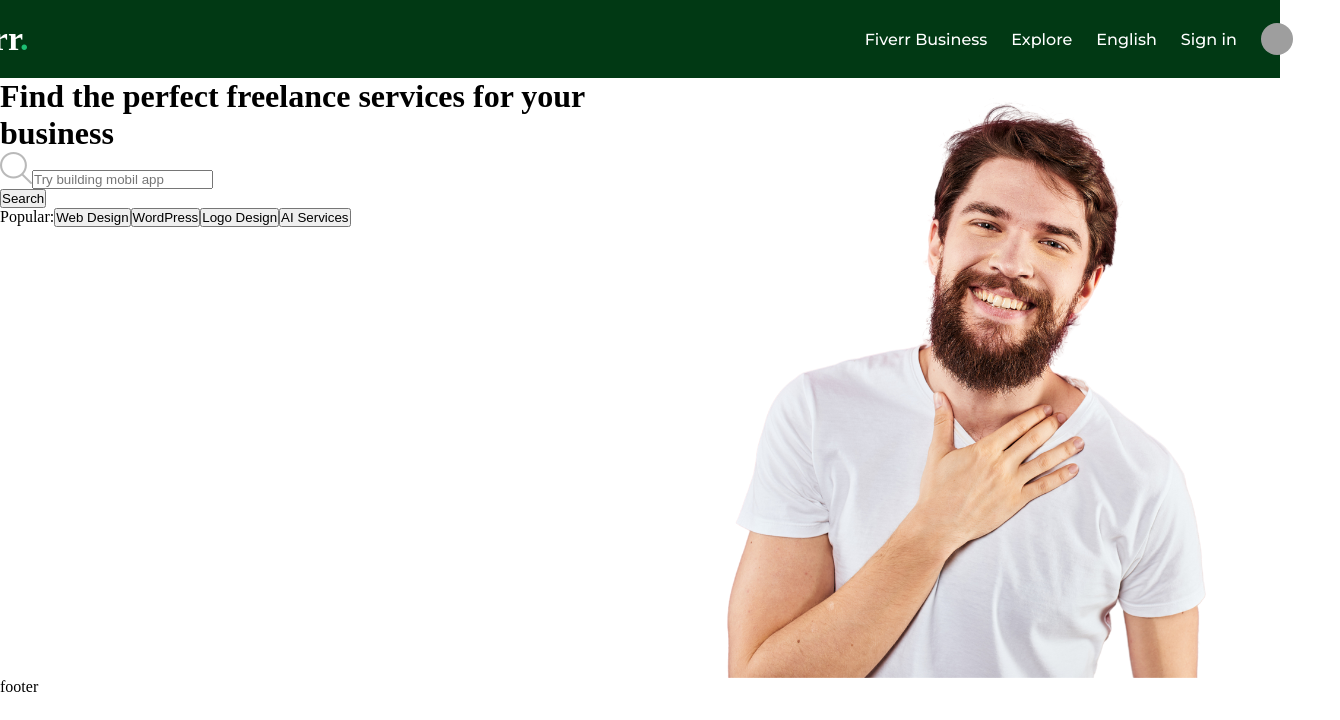
Repository: MoNasr2022/fiverr_clone_app
Page: /
These files come from the project's save history. The page is drawn as it stood at one moment and after a run of saves; the edit follows.
The browser window is 1280 px wide. The page is 1340 px wide, so the pictures cover 1340 px, including what lies to the right of the window. The pictures show the whole page.
Pictures or frames that could not be fetched are drawn as grey boxes. The project was rebuilt for these pictures with package versions that can differ from the ones it lists, and the page was loaded fresh each time. Also part of the build but not shown: vite.config.js, src/pages/gigs/Gigs.jsx, src/pages/gig/Gig.jsx, src/pages/orders/Orders.jsx, src/pages/myGigs/MyGigs.jsx, src/pages/add/Add.jsx, src/pages/messages/Messages.jsx, src/pages/message/Message.jsx.

Above is the page before, as saved 2023-03-06 23:11:16.

### index.html
<!DOCTYPE html>
<html lang="en">
  <head>
    <meta charset="UTF-8" />
    <link rel="icon" type="image/svg+xml" href="/vite.svg" />
    <meta name="viewport" content="width=device-width, initial-scale=1.0" />
    <link rel="preconnect" href="https://fonts.googleapis.com">
    <link rel="preconnect" href="https://fonts.gstatic.com" crossorigin>
    <link
      href="https://fonts.googleapis.com/css2?family=Roboto:ital,wght@0,100;0,300;0,400;0,500;0,700;0,900;1,100;1,300;1,400;1,500;1,700;1,900&display=swap"
      rel="stylesheet">

    <link
      href="https://fonts.googleapis.com/css2?family=Montserrat:ital,wght@0,100;0,200;0,300;0,400;0,500;0,600;0,700;0,800;1,100;1,200;1,300;1,400;1,500;1,600;1,700;1,800;1,900&display=swap"
      rel="stylesheet">
      <style>
        * {
          margin: 0;
          padding: 0;
          box-sizing: border-box;

        }

      </style>
    <title>Vite + React</title>
  </head>
  <body>
    <div id="root"></div>
    <script type="module" src="/src/main.jsx"></script>
  </body>
</html>

### src/App.jsx
import React from "react";
import Navbar from "./components/navbar/NavBar";
import Footer from "./components/footer/Footer";
import Home from "./pages/home/Home";
import Gigs from "./pages/gigs/Gigs";
import Gig from "./pages/gig/Gig";
import Orders from "./pages/orders/Orders";
import MyGigs from "./pages/mygigs/MyGigs";
import Add from "./pages/add/Add";
import Messages from "./pages/messages/Messages";
import Message from "./pages/message/Message";
import { createBrowserRouter, RouterProvider, Outlet } from "react-router-dom";
import "./app.scss"



function App() {

  const Layout = () => {
    return (
      <>
        <Navbar />
        <Outlet />
        <Footer/>
      </>
    );
}

  const router = createBrowserRouter([
    {
      path: "/",
      element: <Layout />,
      children: [
        {
          path: "/",
          element: <Home/>,

        },
        {
          path: "/gigs",
          element: <Gigs/>,
        },
        {
          path: "/gig/:id",
          element: <Gig/>,
        },
        {
          path: "/orders",
          element: <Orders/>,
        },
        {
          path: "/mygigs",
          element: <MyGigs/>,
        },
        {
          path: "/add",
          element: <Add/>,
        },
        {
          path: "/messages",
          element: <Messages/>,
        },
        {
          path: "/message/:id",
          element: <Message/>,
        },

      ]
  },
]);

  return (
    <div className="App">
      <RouterProvider router={router} />
    </div>
  );
}

export default App;

### src/components/navbar/NavBar.jsx
import React, { useEffect, useState } from "react";
import { Link, useLocation } from "react-router-dom";
import "./Navbar.scss";

const Navbar = () => {
  const [active, setActive] = useState(false);
  const [option, setOption] = useState(false);

  const {pathname} = useLocation()

  const isActive = () => {
    window.scrollY > 0 ? setActive(true) : setActive(false);
  };
  useEffect(() => {
    window.addEventListener("scroll", isActive);
    return () => {
      window.removeEventListener("scroll", isActive);
    };
  }, []);

  const currentUser = {
    id: 1,
    username: "Nasr",
    isSeller: true,
  };

  return (
    <div className={active || pathname !== "/" ? "navbar active" : "navbar"}>
      <div className="container">
        <div className="logo">
          <Link to="/" className="link">
            <span className="text">fiverr</span>
          </Link>
          <span className="dot">.</span>
        </div>
        <div className="links">
          <span>Fiverr Business</span>
          <span>Explore</span>
          <span>English</span>
          <span>Sign in</span>
          {!currentUser?.isSeller && <span>Become a Seller</span>}
          {!currentUser && <button>Juin</button>}
          {currentUser && (
            <div className="user" onClick={() => setOption(!option)}>
              <img
                src="https://images.pexels.com/photos/13921662/pexels-photo-13921662.jpeg?auto=compress&cs=tinysrgb&w=1260&h=750&dpr=1"
                alt=""
              />
              <span>{currentUser?.username}</span>
              {option && (
                <div className="options">
                  {currentUser?.isSeller && (
                    <>
                      <Link className="link" to="/mygigs">
                        Gigs
                      </Link>
                      <Link className="link" to="/add">
                        Add New Gig
                      </Link>
                    </>
                  )}
                  <Link className="link" to="/orders">
                    Orders
                  </Link>
                  <Link className="link" to="/message">
                    Messages
                  </Link>
                  <Link className="link">Logout</Link>
                </div>
              )}
            </div>
          )}
        </div>
      </div>
      {active ||
        (pathname !== "/" && (
          <>
            <hr />
            <div className="menu">
              <Link className="link menuLink" to="/">
                Graphics & Design
              </Link>
              <Link className="link menuLink" to="/">
                Video & Animation
              </Link>
              <Link className="link menuLink" to="/">
                Writing & Translation
              </Link>
              <Link className="link menuLink" to="/">
                AI Services
              </Link>
              <Link className="link menuLink" to="/">
                Digital Marketing
              </Link>
              <Link className="link menuLink" to="/">
                Music & Audio
              </Link>
              <Link className="link menuLink" to="/">
                Programming & Tech
              </Link>
              <Link className="link menuLink" to="/">
                Business
              </Link>
              <Link className="link menuLink" to="/">
                Lifestyle
              </Link>
            </div>
          </>
        ))}
    </div>
  );
};

export default Navbar;

### src/components/footer/Footer.jsx
import React from 'react'
import "./Footer.scss"


const Footer = () => {
  return (
    <div>
      footer
    </div>
  )
}

export default Footer

### src/pages/home/Home.jsx
import React from "react";
import Featured from "../../components/featured/Featured";
import "./Home.scss";
const Home = () => {
  return <div>
    <Featured/>
  </div>;
};

export default Home;

### src/app.scss
*{
    .link {
        text-decoration: none;
        color: inherit
    }
}

### src/components/navbar/NavBar.scss
.navbar {
  display: flex;
  flex-direction: column;
  align-items: center;
  background-color: #013914;
  color: white;
  transition: 0.5s all ease;
  position: sticky;
  top: 0;
  z-index: 999;

  &.active {
    background-color: white;
    color: black;
  }

  .container {
    display: flex;
    justify-content: space-between;
    width: 1400px;
    padding: 20px 0px;

    .logo {
      font-size: 34px;
      font-weight: bold;
      .text {
      }
      .dot {
        color: #1dbf73;
      }
    }
    .links {
      display: flex;
      align-items: center;
      gap: 24px;
      font-weight: 500;
      font-family: "Montserrat", sans-serif;
      button {
        color: white;
        padding: 10px 20px;
        border-radius: 5px;
        border: 1px solid white;
        cursor: pointer;
        background-color: transparent;
        &:hover {
          background-color: #1dbf73;
          border-color: #1dbf73;
        }

      }
      .user {
        display: flex;
        align-items: center;
        gap: 10px;
        position: relative;
        cursor: pointer;
        img {
          width: 32px;
          height: 32px;
          border-radius: 50%;
          object-fit: cover;
        }
        .options {
          position: absolute;
          top: 50px;
          right: 0;
          padding: 20px;
          background-color: white;
          border-radius: 5px;
          box-shadow: 0px 0px 10px 0px rgba(0, 0, 0, 0.2);
          z-index: 999;
          display: flex;
          flex-direction: column;
          gap: 10px;
          color: gray;
          font-weight: 300;
          width: 200px;
        }

      }
    }
  }
  hr {
    width: 100%;
    height: 0;
    border: 0.5px solid rgb(187, 184, 184);
  }
  .menu {
    width: 1400px;
    padding: 10px 0px;
    display: flex;
    justify-content: space-between;
    font-weight: 300;
    color: gray;
    font-family: "Montserrat", sans-serif;


  }
}

### src/components/featured/Featured.jsx
import React from "react";
import "./Featured.scss";
const Featured = () => {
  return (
    <div className="featured">
      <div className="container">
        <div className="left">
          <h1>
            Find the perfect <span>freelance</span> services for your business
          </h1>
          <div className="search">
            <div className="searchInput">
              <img src="./img/search.png" alt="" />
              <input type="text" placeholder="Try building mobil app" />
            </div>
            <button>Search</button>
          </div>
          <div className="popular">
            <span>Popular:</span>
            <button>Web Design</button>
            <button>WordPress</button>
            <button>Logo Design</button>
            <button>AI Services</button>
          </div>
        </div>
              <div className="right">
            <img src="./img/man.png" alt="" />
        </div>
      </div>
    </div>
  );
};

export default Featured;

### src/components/featured/Featured.scss
.featured{
    .container{
        height: 600px;
        display: flex;
        justify-content: center;


    }
}

Loaded but not shown: src/main.jsx (common file); src/components/footer/Footer.scss (no stored copy; drawn as an empty file); src/pages/add/Add.scss (no stored copy; drawn as an empty file); src/pages/gig/Gig.scss (no stored copy; drawn as an empty file); src/pages/gigs/Gigs.scss (no stored copy; drawn as an empty file); src/pages/home/Home.scss (no stored copy; drawn as an empty file); src/pages/message/Message.scss (no stored copy; drawn as an empty file); src/pages/messages/Messages.scss (no stored copy; drawn as an empty file); src/pages/myGigs/MyGigs.scss (no stored copy; drawn as an empty file); src/pages/orders/Orders.scss (no stored copy; drawn as an empty file)

After the next 2 saves:
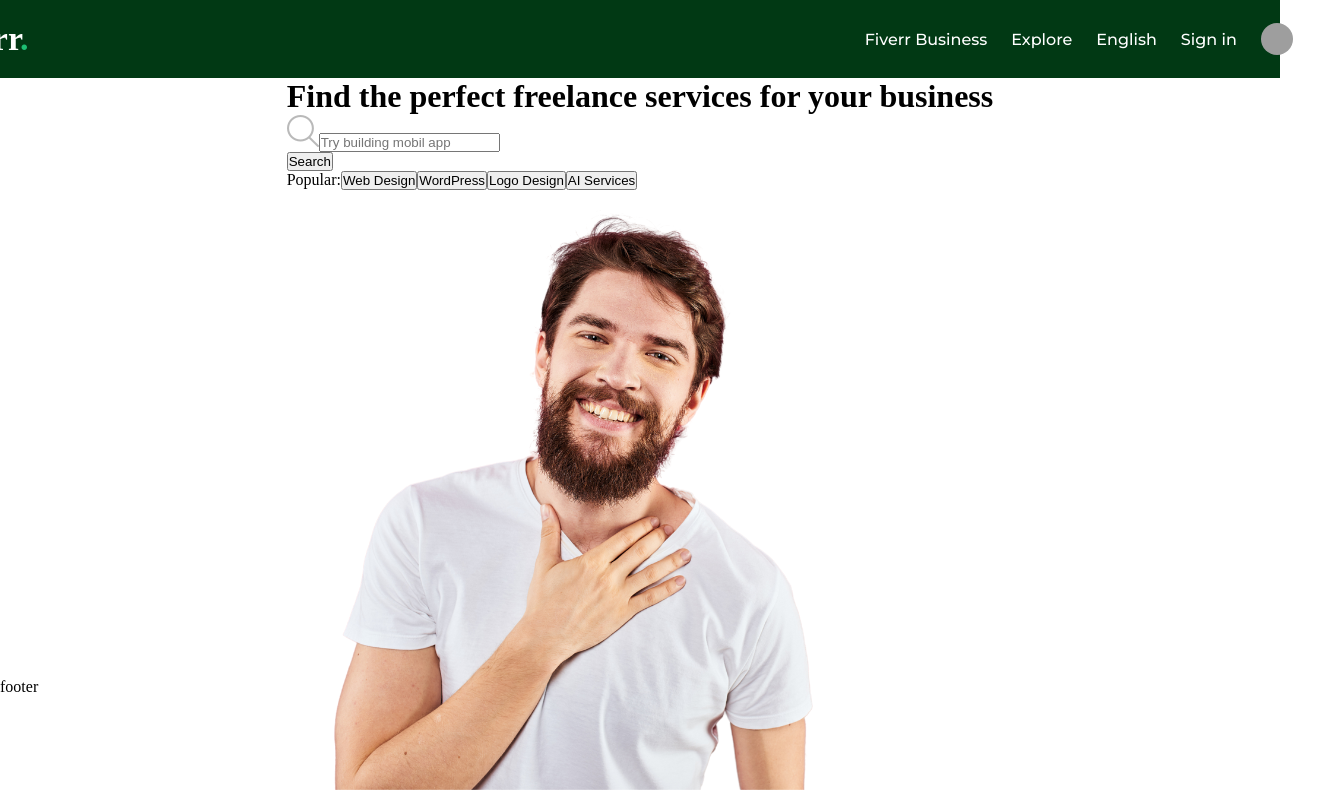
The 2 saves are shown as one change because they came seconds apart.
The last was saved 32 s later.
--- a/src/components/featured/Featured.scss
+++ b/src/components/featured/Featured.scss
@@ -1,8 +1,9 @@
 .featured{
-    .container{
-        height: 600px;
+     height: 600px;
         display: flex;
         justify-content: center;
+    .container{
+
 
 
     }
